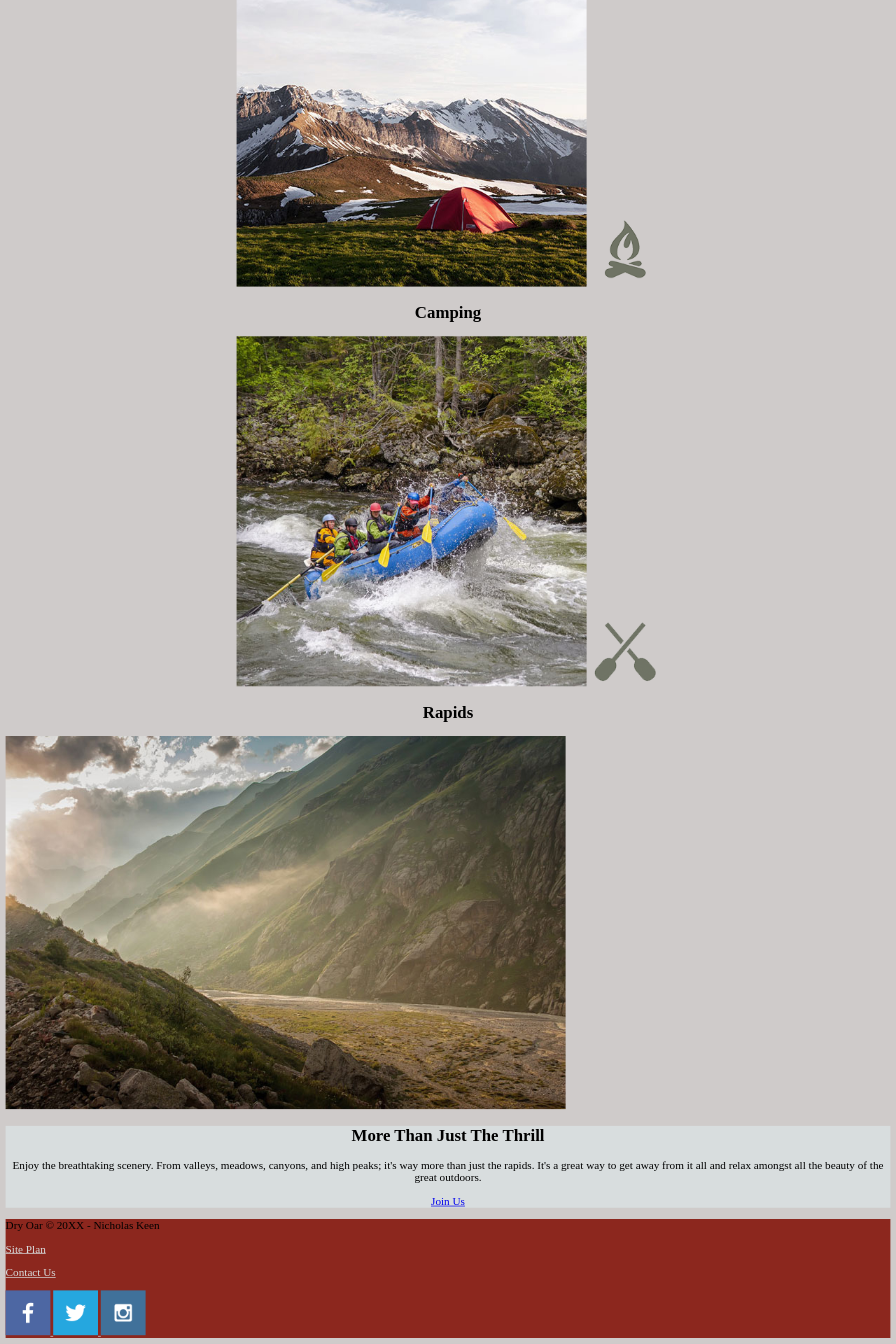
Repository: nak97/WDD-130
Page: wrr/home-page.html
These files come from the project's save history. The page is drawn as it stood at one moment and after the next save; the edit follows.
The browser window is 1280 px wide. The pictures show the part of the page from y = 1788 to 3708 px (the page is 3708 px tall), at 70% of full size.

Above is the page before, as saved 2023-01-28 08:24:44.

### wrr/home-page.html
<!DOCTYPE html>
<html lang="en">
<head>
  <meta charset="UTF-8">
  <meta http-equiv="X-UA-Compatible" content="IE=edge">
  <meta name="viewport" content="width=device-width, initial-scale=1.0">
  <link rel="stylesheet" href="styles/styles.css">

  <title>Dry Oar Boating</title>
</head>
<body>
  <div id="content">
    <header>
      <a id="logo_link" href="index.html">
        <img class="logo" src="styles/images/logo.png" alt="Dry Oar Logo">
      </a>
      <nav>
        <a href ="index.html" target="_blank">Home</a>
        <a href="#" target="_blank">Page 2</a>
        <a href="site-plan-rafting.html" target="_blank">Site Plan</a>
        <a href="contactus.html" target="_blank">Contact Us</a>
      </nav>
    </header>
    <div id="hero">
      <div id="hero-box">
        <img id="hero-img" src="styles/images/hero.png" alt="People enjoying white water rafting">
      </div>
      <section id="hero-msg">
        <h1 class="home-title">Have An Adventure</h1>
        <h4>Make Memories with Dry Oar </h4>
        <div class='button-box'>
            <a class='book' href="contactus.html">Book Now</a>
        </div>
      </section>
    </div>

      <main class="home-grid">
        <section class="rivers-card">
            <img class="card-img" src="styles/images/rivers.jpg" alt="river in forest">
            <img class="icon" src="styles/images/river_icon.png" alt="river icon">
            <h2>Rivers</h2>
        </section>
        <section class="camping-card">
            <img class="card-img" src="styles/images/camping.jpg" alt="tent in mountains">
            <img class="icon" src="styles/images/fire_icon.png" alt="fire icon">
            <h2>Camping</h2>
        </section>
        <section class="rapids-card">
            <img class="card-img" src="styles/images/rapids.jpg" alt="rafting boat">
            <img class="icon" src="styles/images/oars.png" alt="oars icon">
            <h2>Rapids</h2>
        </section>
        <div id="backgrounds">

        </div>
        <img class="mountains" src="styles/images/mountains.jpg" alt="Misty mountains">
        <section class="msg">
            <h2>More Than Just The Thrill</h2>
            <p>Enjoy the breathtaking scenery. From valleys, meadows, canyons, and high peaks; it's way more than just the rapids. It's a great way to get away from it all and relax amongst all the beauty of the great outdoors. </p>
            <a class='join' href="rivers.html">Join Us</a>
            </section>
    </main>
    <footer>
      <p>Dry Oar &copy; 20XX - Nicholas Keen</p>
      <p><a href="site-plan-rafting.html" target="_blank">Site Plan</a></p>
      <p><a href="contactus.html" target="_blank">Contact Us</a></p>
      <div class="social">
          <a href="https://facebook.com" target="_blank">
              <img src="styles/images/facebook.png" alt="fb icon">
          </a>
          <a href="https://twitter.com" target="_blank">
              <img src="styles/images/twitter.png" alt="twitter icon">
          </a>
          <a href="https://instagram.com" target="_blank">
              <img src="styles/images/instagram.png" alt="instagram icon">
          </a>
      </div>
  </footer>
  </div>
</body>
</html>

### wrr/styles/styles.css
#content {
  max-width: 1600px ;
  margin:0 auto;
}
nav a{
  text-align: center;
  text-decoration: none;
  color: white;
}
#hero-msg h1, h4 {
  text-align: center;
}
.button-box {
  text-align: center;
}
main section {
  text-align: center;
}
#background {
  height: 725px;

}

body {
  background-color:  #CFCBCA;
}
header {
  background-color:#8C271E;
}
nav a:hover {
  background-color:#396E94;
  color: black;
}

.book, .join:hover{
  background-color:#D9F7FA;
  color: black;
}

#background {
  background-color:#D8DDDE;
}
.msg {
  background-color:#D8DDDE;
}

.msg h2 {

}

.msg p {

}

footer {
  background-color:#8C271E;
}

footer a {
  color: #D8DDDE;
}
.home-title {
  color: #396E94;
}
h4 {
  color: #8C271E;
}

After the next save:
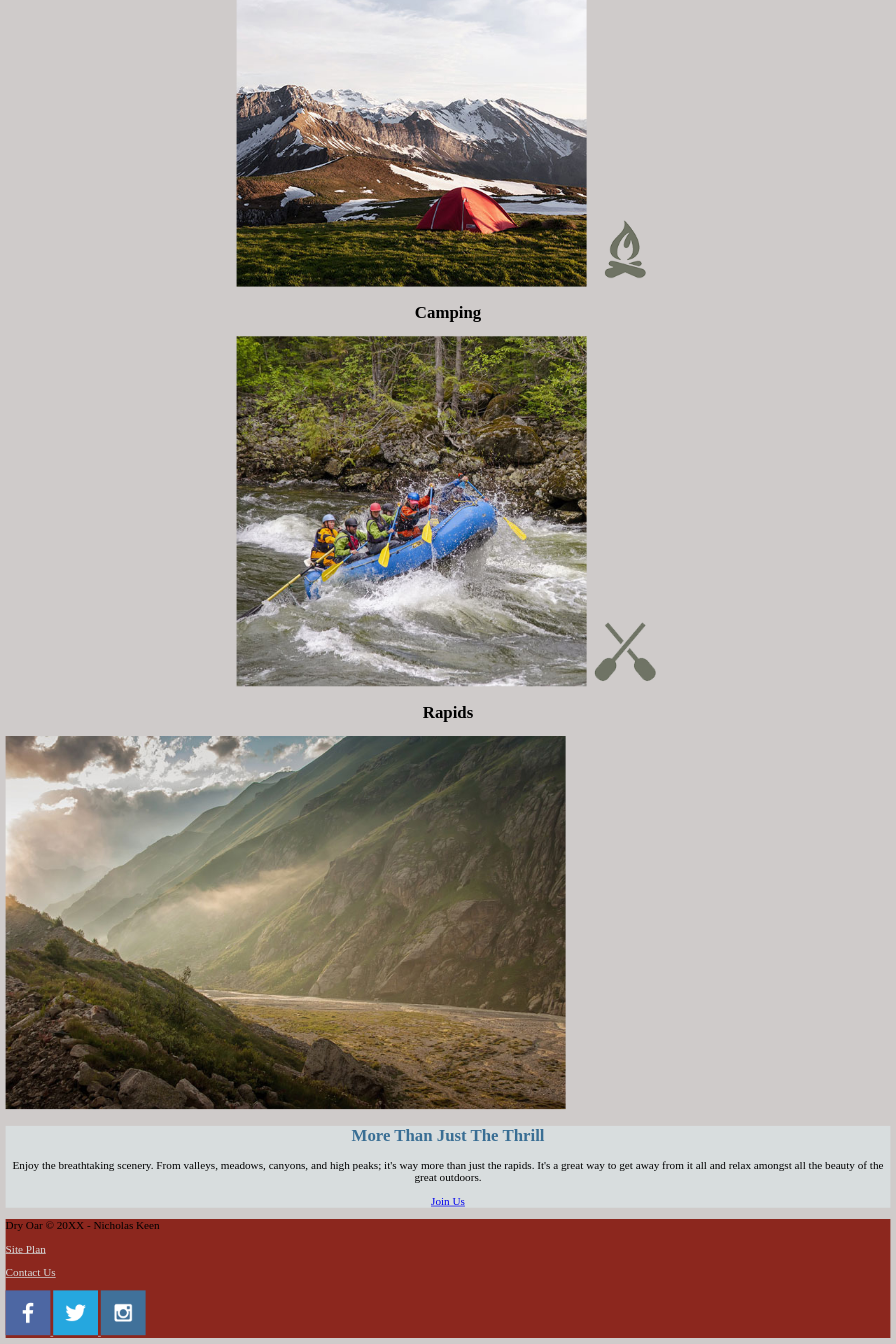
Saved 22 s later.
--- a/wrr/styles/styles.css
+++ b/wrr/styles/styles.css
@@ -45,7 +45,7 @@
 }
 
 .msg h2 {
-
+color: #396E94;
 }
 
 .msg p {
